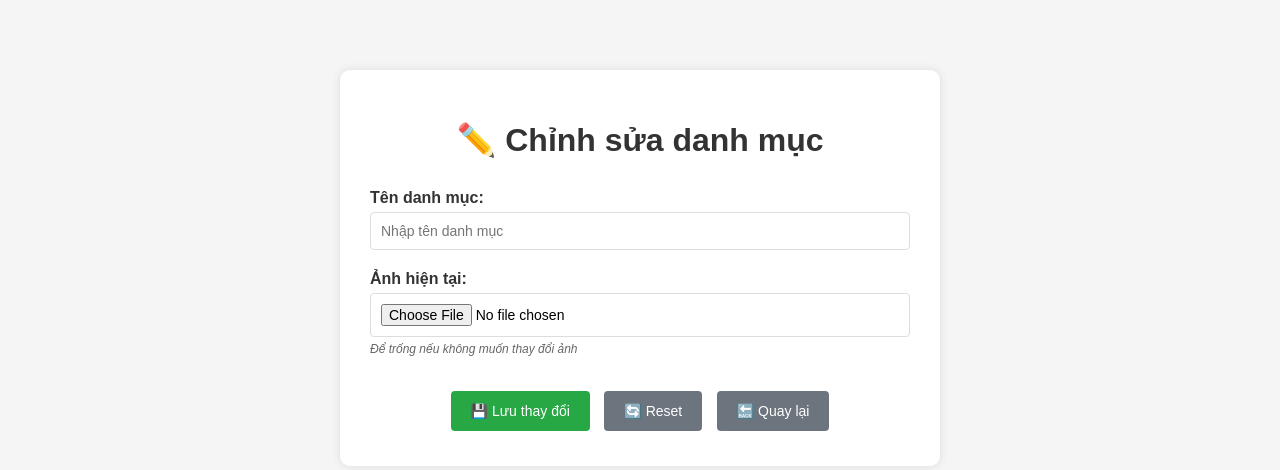
Repository: Ticasslo/23110327_HuynhNgocThang_LTWeb_BT
Page: http://localhost/23110327/views/admin/edit-category.jsp
An editor plug-in stored every save of this project. The page is shown before and after the next save, followed by the edit.
The browser window is 1280 px wide. The pictures show the whole page.
The page is served by Tomcat 10. The template is opened directly, without the code that normally fills it, so the values that code supplies are empty.

Above is the page before, as saved 2025-08-29 16:39:30.

After the next save:
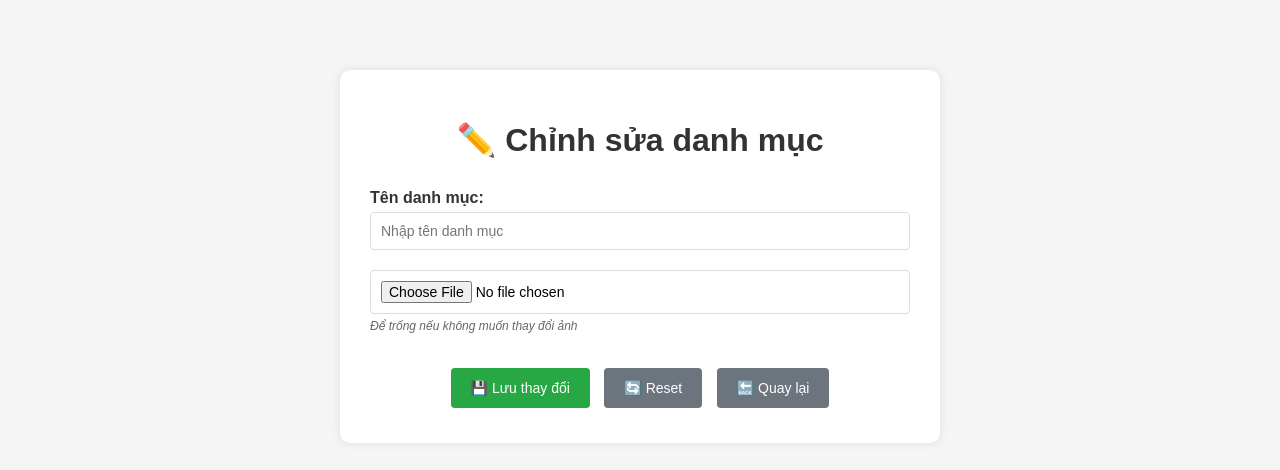
Saved 23 s later.
--- a/23110327/src/main/webapp/views/admin/edit-category.jsp
+++ b/23110327/src/main/webapp/views/admin/edit-category.jsp
@@ -137,8 +137,6 @@
 			</div>
 
 			<div class="form-group">
-				<label for="categoryIcon">Ảnh hiện tại:</label>
-
 				<!-- Hiển thị ảnh hiện tại nếu có -->
 				<c:if test="${category.icon != null && category.icon != ''}">
 					<div class="current-image">
